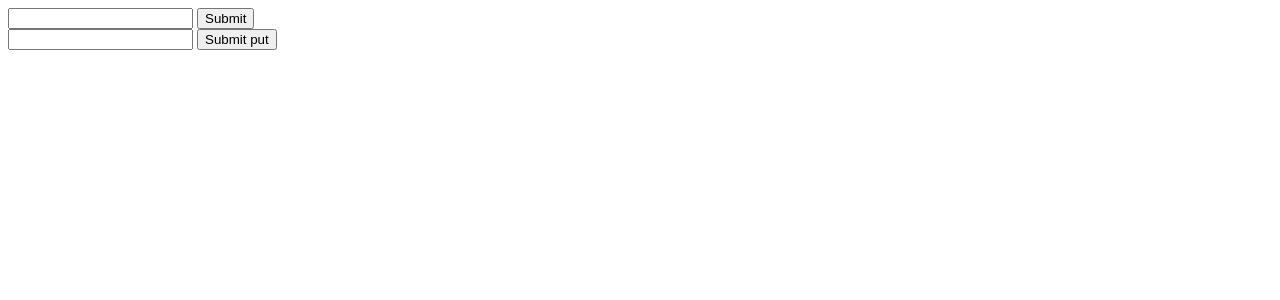
Repository: Abdulahi338/Basics-of-Controllers-using-laravel
Page: http://localhost/
These files come from the project's save history. The page is drawn as it stood at one moment and after a run of saves; the edit follows.
The browser window is 1280 px wide. The pictures show the whole page.
The page is served by the project's Laravel application, run on PHP 8.4 with Laravel 12.

Above is the page before, as saved 2024-08-28 14:48:37.

After the next 4 saves:
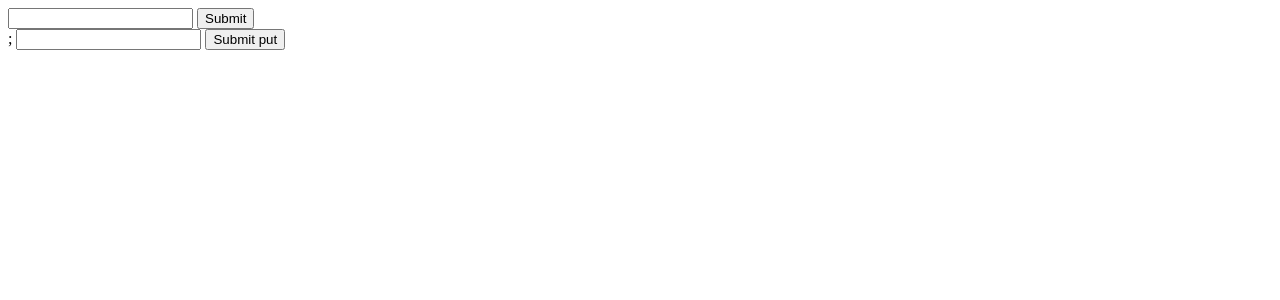
The 4 saves are shown as one change because 1 did not build or start and some came seconds apart.
The last was saved 42 s later.
--- a/resources/views/welcome.blade.php
+++ b/resources/views/welcome.blade.php
@@ -14,7 +14,7 @@
     </form>
     <form action="/2" method="post">
         @csrf
-        @method('hidden')
+        @method('hidden');
         <input type="text" name="userName" id="">
         <button type="submit">Submit put</button>
     </form>

After the 2 saves that followed:
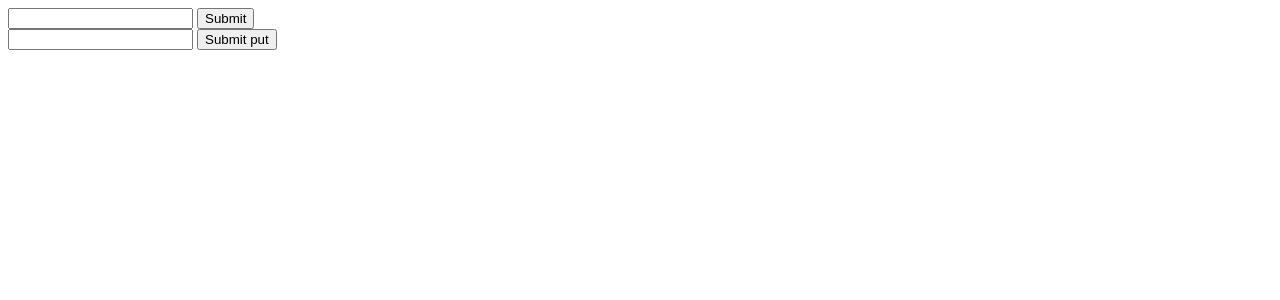
The 2 saves are shown as one change because 1 left the picture as it was.
The last was saved 66 s later.
--- a/resources/views/welcome.blade.php
+++ b/resources/views/welcome.blade.php
@@ -14,7 +14,7 @@
     </form>
     <form action="/2" method="post">
         @csrf
-        @method('hidden');
+        @method('put')
         <input type="text" name="userName" id="">
         <button type="submit">Submit put</button>
     </form>
